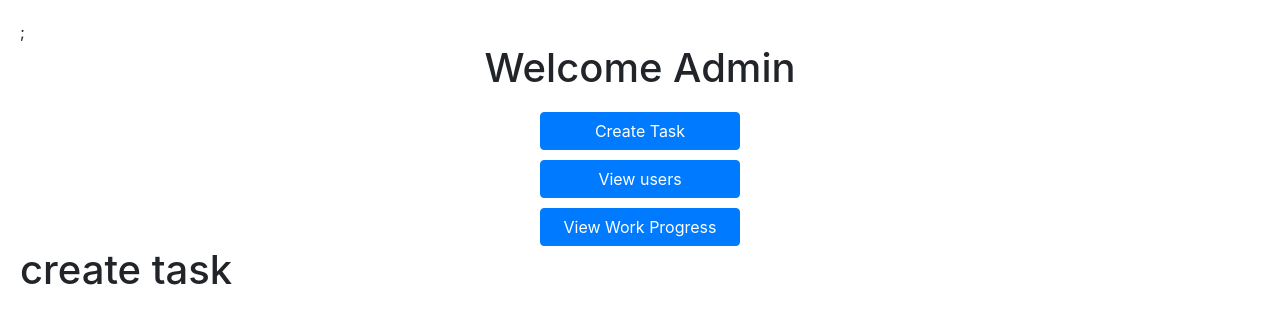
Repository: neha-rouniyar/taskmgmt
Page: http://localhost/admin/create-task
The author's editor kept a copy of each file at every save. The page is drawn from the files as they stood at one save, then again after a run of saves.
The browser window is 1280 px wide. The pictures show the whole page.
Some web libraries are served in a nearby version. The page is served by the project's Laravel application, run on PHP 8.4 with Laravel 10. Other server files are loaded and not shown.

Above is the page before, as saved 2023-12-11 15:07:48.

### routes/web.php
<?php

use App\Http\Controllers\AdminController;
use Illuminate\Support\Facades\Route;
use App\Http\Controllers\LoginController;
/*
|--------------------------------------------------------------------------
| Web Routes
|--------------------------------------------------------------------------
|
| Here is where you can register web routes for your application. These
| routes are loaded by the RouteServiceProvider and all of them will
| be assigned to the "web" middleware group. Make something great!
|
*/

Route::get('/', function () {
    return view('welcome');
});
Route::get('/login-form',[LoginController::class,'index'])->name('login.form');
Route::post('/login-form-submit',[LoginController::class,'loginFormSubmit'])->name('login.form.submit');




Route::get('/register-form',[LoginController::class,'index2'])->name('register.form');
Route::post('/register-form-submit',[LoginController::class,'registerFormSubmit'])->name('register.form.submit');


//user dashboard
Route::get('/user-dashboard',[LoginController::class,'userDashboard'])->name('user.dashboard');
Route::get('/admin-dashboard',[LoginController::class,'adminDashboard'])->name('admin.dashboard');


//admin
Route::get('/admin/view-users',[AdminController::class,'viewUsers'])->name('admin.view.users');
Route::get('/admin/create-task',[AdminController::class,'createTask'])->name('admin.create.task');
Route::get('/admin/view-work-progress',[AdminController::class,'viewWorkProgress'])->name('admin.view.workprogress');

### app/Http/Controllers/AdminController.php
<?php

namespace App\Http\Controllers;

use App\Models\User;
use Illuminate\Http\Request;

class AdminController extends Controller
{
    public function viewUsers()
    {
        $users=User::all()->where('usertype','regular');
        // dd($users);
        return view('admin.viewUsers',compact('users'));
    }
    public function createTask()
    {
        return view('admin.task.create');
    }
    public function viewWorkProgress()
    {
        return view('admin.task.workprogress');
    }
}

### resources/views/admin/task/create.blade.php
@extends('admin.dashboard');
@section('admin-content')

<h1>create task</h1>

@endsection

### resources/views/admin/dashboard.blade.php
<!doctype html>
<html lang="en">
  <head>
    <!-- Required meta tags -->
    <meta charset="utf-8">
    <meta name="viewport" content="width=device-width, initial-scale=1, shrink-to-fit=no">

    <!-- Bootstrap CSS -->
    <link rel="stylesheet" href="https://cdn.jsdelivr.net/npm/bootstrap@4.0.0/dist/css/bootstrap.min.css" integrity="sha384-Gn5384xqQ1aoWXA+058RXPxPg6fy4IWvTNh0E263XmFcJlSAwiGgFAW/dAiS6JXm" crossorigin="anonymous">
    <style>
      body {
          padding: 20px;
      }

      h1 {
          margin-bottom: 20px;
      }

      .btn-container {
          display: flex;
          flex-direction: column;
          gap: 10px;
      }

      .btn-container a {
          text-decoration: none;
      }

      .btn {
          width: 200px;
      }
  </style>
    <title>Hello, world!</title>
  </head>
  <body>
    <div class="container text-center">
        <h1>Welcome Admin</h1>
        <div class="btn-container">
            <a href="{{route('admin.create.task')}}">
                <button type="button" class="btn btn-primary">Create Task</button>
            </a>
            <a href="{{route('admin.view.users')}}">
                <button type="button" class="btn btn-primary">View users</button>
            </a>
            <a href="{{route('admin.view.workprogress')}}">
                <button type="button" class="btn btn-primary">View Work Progress</button>
            </a>
        </div>
    </div>
    @yield('admin-content')
    <script src="https://code.jquery.com/jquery-3.2.1.slim.min.js" integrity="sha384-KJ3o2DKtIkvYIK3UENzmM7KCkRr/rE9/Qpg6aAZGJwFDMVNA/GpGFF93hXpG5KkN" crossorigin="anonymous"></script>
    <script src="https://cdn.jsdelivr.net/npm/popper.js@1.12.9/dist/umd/popper.min.js" integrity="sha384-ApNbgh9B+Y1QKtv3Rn7W3mgPxhU9K/ScQsAP7hUibX39j7fakFPskvXusvfa0b4Q" crossorigin="anonymous"></script>
    <script src="https://cdn.jsdelivr.net/npm/bootstrap@4.0.0/dist/js/bootstrap.min.js" integrity="sha384-JZR6Spejh4U02d8jOt6vLEHfe/JQGiRRSQQxSfFWpi1MquVdAyjUar5+76PVCmYl" crossorigin="anonymous"></script>
</body>
</html>

Loaded but not shown: app/Http/Controllers/Controller.php (common file)

After the next 5 saves:
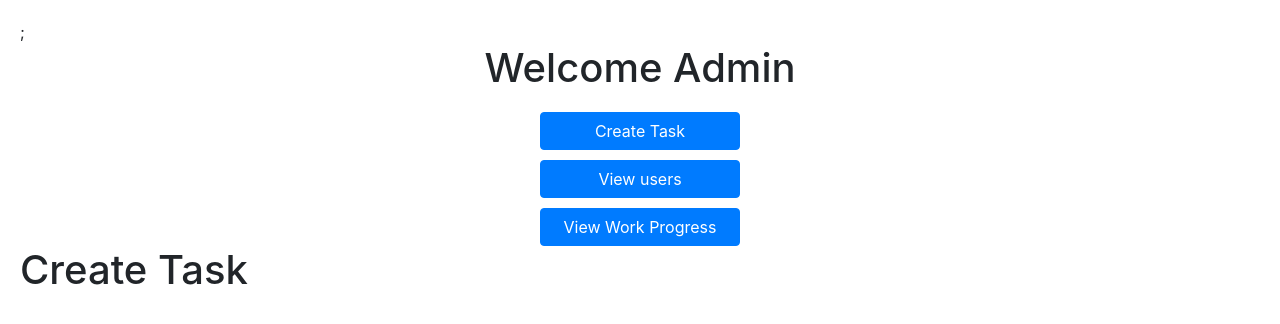
The 5 saves are shown as one change because they came seconds apart.
The last was saved 7 min 36 s later.
--- a/resources/views/admin/task/create.blade.php
+++ b/resources/views/admin/task/create.blade.php
@@ -1,6 +1,7 @@
 @extends('admin.dashboard');
 @section('admin-content')
 
-<h1>create task</h1>
+<h1>Create Task</h1>
+
 
 @endsection
